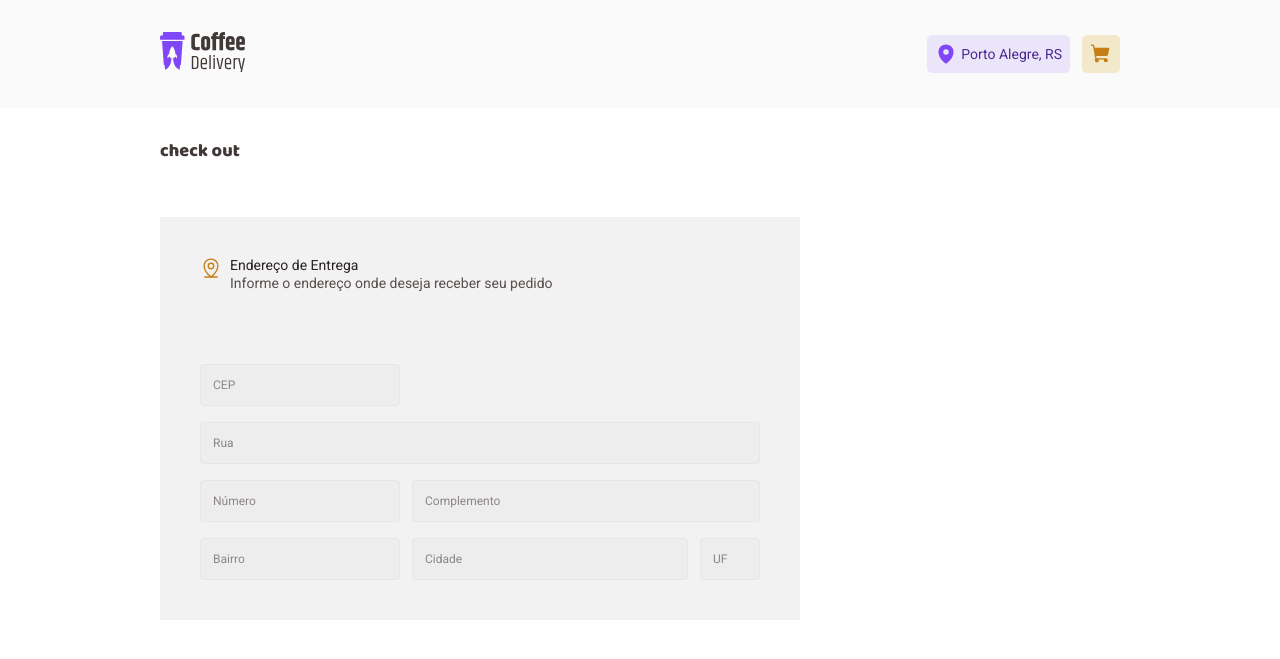
Repository: caueenrico/CoffeDelivery
Page: /checkout
These files come from the project's save history. The page is drawn as it stood at one moment and after the next save; the edit follows.
The browser window is 1280 px wide. The pictures show the whole page.
The project was rebuilt for these pictures with package versions that can differ from the ones it lists, and the page was loaded fresh each time. Also part of the build but not shown: vite.config.ts, src/components/CoffesOptions/styled.ts, src/components/CoffeCards/styles.ts, src/components/IpuntNumber/styles.ts, src/components/IpuntNumber/index.tsx, src/components/CartOfCard/styles.ts, src/components/CartOfCard/index.tsx, src/utils/formatMoney.ts and 4 more.

Above is the page before, as saved 2022-09-22 15:27:28.

### index.html
<!DOCTYPE html>
<html lang="en">
  <head>
    <meta charset="UTF-8" />

    <link rel="preconnect" href="https://fonts.googleapis.com" />
    <link rel="preconnect" href="https://fonts.gstatic.com" crossorigin />
    <link
      href="https://fonts.googleapis.com/css2?family=Baloo+2:wght@700;800&family=Roboto:wght@400;700&display=swap"
      rel="stylesheet"
    />

    <link rel="icon" type="image/svg+xml" href="/vite.svg" />
    <meta name="viewport" content="width=device-width, initial-scale=1.0" />
    <title>Vite + React + TS</title>
  </head>
  <body>
    <div id="root"></div>
    <script type="module" src="/src/main.tsx"></script>
  </body>
</html>

### src/App.tsx
import { BrowserRouter } from "react-router-dom";
import { ThemeProvider } from "styled-components";
import { Router } from "./Router";
import { defaultTheme } from "./styles/themes/default";
import { GlobalStyle } from "./styles/themes/global";

export function App() {
  return (
    <ThemeProvider theme={defaultTheme}>
      <BrowserRouter>
        <Router />
      </BrowserRouter>
      <GlobalStyle />
    </ThemeProvider>
  );
}

### src/Router.tsx
import { Routes, Route } from 'react-router-dom'
import { DefaultLayout } from './layouts/DefaultLayout'
import { CheckOut } from './pages/CheckOut'
import { Home } from './pages/Home'



export function Router() {
  return (
    <Routes>
      <Route path="/" element={<DefaultLayout />}>
        <Route path="/" element={<Home />} />
        <Route path="/checkout" element={<CheckOut />} />
      </Route>
    </Routes>
  )
}

### src/styles/themes/default.ts
export const defaultTheme = {
  white: '#FFFFFF',

  // PRODUTOS
  'yellow-dark': '#C47F17',
  'yellow': '#DBAC2C',
  'yellow-light': '#F1E9C9',

  'purple-dark': '#4B2995',
  'purple': '#8047F8',
  'purple-light': '#EBE5F9',

  //BASE
  'title':'#272221',
  'subtitle': '#403937',
  'text':'#574F4D',
  'label':'#8D8686',
  'hover':'#D7D5D5',
  'button':'#E6E5E5',
  'input':'#EDEDED',
  'card':'#F3F2F2',
  'background':'#FAFAFA'
}

### src/styles/themes/global.ts
import { createGlobalStyle } from "styled-components";


export const GlobalStyle = createGlobalStyle`
  *{
    margin: 0;
    padding: 0;
    box-sizing: border-box;
  }

  :focus{
    outline: 0;
  }

  body{
    -webkit-font-smoothing: antialiased;
  }

  body,input,textarea,button{
    font-family: 'Roboto', sans-serif;
    font-weight: 400;
    font-size: 1rem;
  }

  input::-webkit-outer-spin-button,
  input::-webkit-inner-spin-button {
    -webkit-appearance: none;
    margin: 0;
  }
  input[type="number"] {
    -moz-appearance: textfield;
  }

`

### src/layouts/DefaultLayout/index.tsx
import { Outlet } from 'react-router-dom'
import { Header } from '../../components/Header'
import { LayoutContainer } from './styles'

export function DefaultLayout() {
  return (
    <div>
      <LayoutContainer>
        <Header />
        <Outlet />
      </LayoutContainer>
    </div>
  )
}

### src/pages/CheckOut/index.tsx
import { MapPinLine } from "phosphor-react";
import { useTheme } from "styled-components";
import { TilteText } from "../Home/styles";
import { AddressForm } from "./AddresForm";
import { TextCheck } from "./components/TextosCheck";
import { AddressFormContainer, ContainerCheckOut } from "./styles";

export function CheckOut() {
  return (
    <>
      <TilteText>check out</TilteText>

      <ContainerCheckOut>
        <TextCheck
          icon={<MapPinLine size={22} color="#C47F17" />}
          title="Endereço de Entrega"
          subtitle="Informe o endereço onde deseja receber seu pedido"
        />

        <AddressForm />

      </ContainerCheckOut>
    </>
  );
}

### src/components/Header/index.tsx
import { HeaderContainer, NavHeaders } from "./styles";
import logo from '../assets/logo.svg';
import { Locations } from "../Locations";
import { Cart } from "../Cart";
import { NavLink } from "react-router-dom";


export function Header() {
  return (
    <HeaderContainer>
      <NavLink to='/'>
      <img src={logo} alt="" />
      </NavLink>

      <NavHeaders>
        <Locations />
        <NavLink to='/checkout'>
          <Cart/>
        </NavLink>
      </NavHeaders>
    </HeaderContainer>
  );
}

### src/layouts/DefaultLayout/styles.ts
import styled from 'styled-components'

export const LayoutContainer = styled.div`

`

### src/pages/Home/styles.ts
import Background from '../assets/Background.png'

import styled from "styled-components";

export const BannerContainer = styled.div`

display: flex;
align-items: center;
justify-content: space-between;

padding: 94px 160px;

background-image: url(${Background});
background-position: center;
background-repeat: no-repeat;
background-size: cover;

`

export const TextContainer = styled.div`
 max-width: 588px;

 h1{
  font-family: 'Baloo 2';
  font-style: normal;
  font-weight: 800;
  font-size: 48px;
  line-height: 130%;
  color: ${props => props.theme['title']}
 }

  span {
    font-family: 'Roboto';
    font-weight: 400;
    font-size: 20px;
    line-height: 130%;
    color: ${props => props.theme['subtitle']}
  }




`

export const Benefist = styled.div `

  margin-top: 66px;
  max-width: 567px;
  color: ${props => props.theme['text']};

  ul {
    list-style-type: none;
    display: flex;
    gap: 40px;

  }

  ul li{
    font-size: 16px;
    display: flex;
    align-items: center;
    margin-bottom: 20px;
    gap: 12px;


  }

  .test{
    width: 231px;
  }
`

export const ProductsContainer = styled.div`

  h1{
    font-family: 'Baloo 2';
    font-style: normal;
    font-weight: 800;
    font-size: 32px;
    line-height: 130%;

    margin-left: 160px;
    margin-top: 32px;
    margin-bottom: 54px;

    color:${props => props.theme['subtitle']}
  }



`

export const TilteText = styled.h1`
    font-family: 'Baloo 2';
    font-style: normal;
    font-weight: 800;
    font-size: 18px;
    line-height: 130%;

    margin-left: 160px;
    margin-top: 32px;
    margin-bottom: 54px;

    color:${props => props.theme['subtitle']}
`

### src/pages/CheckOut/AddresForm.tsx
import { InputForm } from "../../components/InpuitForm";
import { AddressFormContainer } from "./styles";



export function AddressForm(){
  return(
    <AddressFormContainer>
      <InputForm placeholder="CEP" type='number' className="cep"/>
      <InputForm placeholder="Rua" className="street"/>
      <InputForm placeholder="Número" type='number'/>
      <InputForm placeholder="Complemento" className="complemento"/>
      <InputForm placeholder="Bairro" />
      <InputForm placeholder="Cidade"/>
      <InputForm placeholder="UF"/>
    </AddressFormContainer>
  )
}

### src/pages/CheckOut/components/TextosCheck/index.tsx
import { ReactNode } from "react"
import { SectionTitleContainer } from "./styles"

interface TextCheckProps{
  title: string
  subtitle: string
  icon: ReactNode
}

export function TextCheck({title,subtitle,icon}: TextCheckProps){
  return(
    <SectionTitleContainer>
      {icon}
      <div>
        <h1>{title}</h1>
        <span>{subtitle}</span>
      </div>
    </SectionTitleContainer>
  )
}

### src/pages/CheckOut/styles.ts
import styled from "styled-components";

export const ContainerCheckOut = styled.div `

  margin-left: 160px;
  display: flex;
  flex-direction: column;
  max-width: 40rem;
  background: ${props => props.theme.card};
`

export const AddressFormContainer = styled.div`
  width: 100%;

  margin: 40px;
  display: grid;
  grid-template-columns: 12.5rem 17.25rem 3.75rem;
  column-gap: 0.75rem;
  row-gap: 1rem;
  grid-auto-flow: dense;

  .cep{
    grid-column: span 3;
    max-width: 12.5rem;
  }

  .street{
    grid-column: span 3;
  }

  .complemento {
    grid-column: span 2;
  }

`

### src/components/Header/styles.ts
import styled from "styled-components";

export const HeaderContainer = styled.div`

  min-height: 104px;

  display: flex;
  align-items: center;
  justify-content: space-between;

  padding: 32px 160px;

  background-color: ${props => props.theme['background']};

  position: sticky;
  top: 0;
  left: 0;
  z-index: 5;

`
export const NavHeaders = styled.nav`
  display: flex;
  gap: 12px;

`

### src/components/Locations/index.tsx
import { MapPin } from "phosphor-react";
import { LocationsContainer } from "./styles";


export function Locations (){

  return (
    <LocationsContainer>
        <MapPin size={22} weight='fill' color="#8047F8"/> Porto Alegre, RS
    </LocationsContainer>
  )
}

### src/components/Cart/index.tsx
import { ShoppingCart } from "phosphor-react";
import React from "react";
import { CartContainer } from "./styles";

export function Cart (){
  return(
    <CartContainer>
      <ShoppingCart size={22} weight='fill'/>
    </CartContainer>
  )
}

### src/components/InpuitForm/index.tsx
import { InputHTMLAttributes } from "react";
import { InputStyleContainer } from "./styles";

type InputProps = InputHTMLAttributes<HTMLInputElement>

export function InputForm({...props}:InputProps ){
  return(
    <InputStyleContainer {...props}/>
  )
}

### src/pages/CheckOut/components/TextosCheck/styles.ts
import styled from "styled-components";

export const SectionTitleContainer = styled.div`
  display: flex;
  gap: 0.5rem;
  margin: 40px 40px 32px 40px;


  div{
    h1{
      font-size: 0.875rem;
      font-weight: 400;
      color: ${props => props.theme.title};
    }
    span{
      font-size: 0.875rem;
      font-weight: 400;
      color: ${props => props.theme.text};
    }
  }

`

### src/components/Locations/styles.ts
import styled from "styled-components";

export const LocationsContainer = styled.div`
  border-radius: 5px;

  max-width: 143px;
  padding: 8px;
  font-size: 14px;

  background-color: ${props => props.theme['purple-light']};
  color: ${props => props.theme['purple-dark']};

  display: flex;
  justify-content: center;
  align-items: center;
  gap: 4px;



`

### src/components/Cart/styles.ts
import styled from "styled-components";

export const CartContainer = styled.button`
  max-width: 38px;
  max-height: 38px;
  border-radius: 5px;
  border: none;

  background-color: ${props => props.theme['yellow-light']};
  color: ${props => props.theme['yellow-dark']};

  display: flex;
  align-content: center;
  align-items: center;

  padding: 8px;

`

### src/components/InpuitForm/styles.ts
import styled from "styled-components";

export const InputStyleContainer = styled.input`
  height: 2.625rem;
  border-radius: 4px;
  border: 1px solid ${props => props.theme.button};
  background: ${props => props.theme.input};
  transition: 0.4s;

  &:focus{
    border-color: ${props => props.theme["yellow-dark"]};
  }

  color: ${props => props.theme["text"]};
  font-size: 00.75rem;
  padding: 0 0.75rem;

  &::placeholder{
    color: ${props => props.theme["label"]};
  }
`

Loaded but not shown: src/main.tsx (common file)

After the next save:
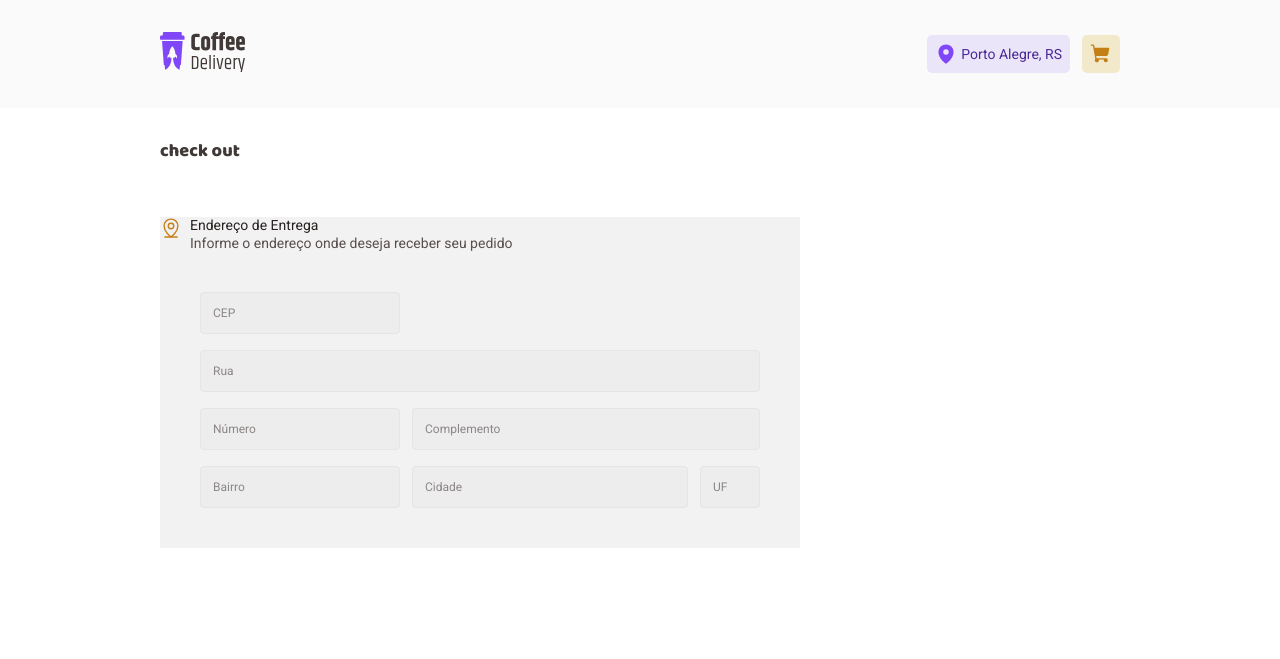
Saved 11 s later.
--- a/src/pages/CheckOut/components/TextosCheck/styles.ts
+++ b/src/pages/CheckOut/components/TextosCheck/styles.ts
@@ -3,7 +3,7 @@ import styled from "styled-components";
 export const SectionTitleContainer = styled.div`
   display: flex;
   gap: 0.5rem;
-  margin: 40px 40px 32px 40px;
+  margin: ;
 
 
   div{
